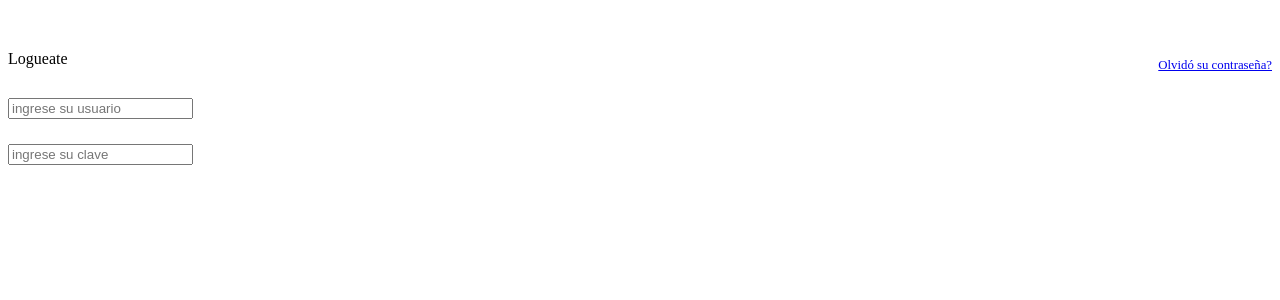
Repository: Maxipadula/Aplicacion
Page: http://localhost/turnos/view/login.jsp
The author's editor kept a copy of each file at every save. The page is drawn from the files as they stood at one save, then again after the next save.
The browser window is 1280 px wide. The pictures show the whole page.
The page is served by Tomcat 9. Other server files are loaded and not shown.

Above is the page before, as saved 2017-07-31 14:28:00.

### turnos/src/main/webapp/view/login.jsp
<%@ page language="java" contentType="text/html; charset=ISO-8859-1"
    pageEncoding="ISO-8859-1"%>
<!DOCTYPE html PUBLIC "-//W3C//DTD HTML 4.01 Transitional//EN" "http://www.w3.org/TR/html4/loose.dtd">
<html>
<head>
<meta http-equiv="Content-Type" content="text/html; charset=ISO-8859-1">
<title>Insert title here</title>
</head>
<body>
	<div class="container">
		 <div id="loginbox" style="margin-top:50px;" class="mainbox col-md-6 col-md-offset-3 col-sm-8 col-sm-offset-2">
			<div class="panel panel-info" >

				<div class="panel-heading">
					<div class="panel-title">Logueate</div>
                    <div style="float:right; font-size: 80%; position: relative; top:-10px"><a href="#">Olvidó su contraseña?</a></div>
				</div>

				 <div style="padding-top:30px" class="panel-body" >
				 	<form id="loginform" class="form-horizontal" role="form">
				 		<div style="margin-bottom: 25px" class="input-group">
				 			 <span class="input-group-addon"><i class="glyphicon glyphicon-user"></i></span>
                             <input id="login-username" type="text" class="form-control" name="usuario" value="" placeholder="ingrese su usuario">
				 		</div>

				 		<div style="margin-bottom: 25px" class="input-group">
	                        <span class="input-group-addon"><i class="glyphicon glyphicon-lock"></i></span>
	                        <input id="login-password" type="password" class="form-control" name="clave" placeholder="ingrese su clave">
                       </div>
				 	</form>
				 </div>
			</div>
		 </div>
	</div>
</body>
</html>

After the next save:
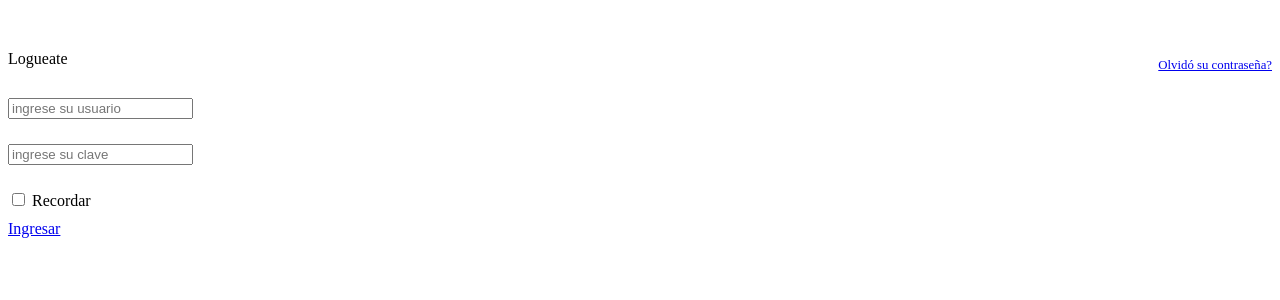
Saved 8 min 12 s later.
--- a/turnos/src/main/webapp/view/login.jsp
+++ b/turnos/src/main/webapp/view/login.jsp
@@ -26,7 +26,21 @@
 				 		<div style="margin-bottom: 25px" class="input-group">
 	                        <span class="input-group-addon"><i class="glyphicon glyphicon-lock"></i></span>
 	                        <input id="login-password" type="password" class="form-control" name="clave" placeholder="ingrese su clave">
-                       </div>
+                       	</div>
+
+                       	<div class="input-group">
+                           <div class="checkbox">
+                             <label>
+                               <input id="login-remember" type="checkbox" name="recordar" value="1"> Recordar
+                             </label>
+                           </div>
+                        </div>
+
+                        <div style="margin-top:10px" class="form-group">
+                           <div class="col-sm-12 controls">
+                             <a id="btn-login" href="#" class="btn btn-success">Ingresar  </a>
+                           </div>
+                        </div>
 				 	</form>
 				 </div>
 			</div>
